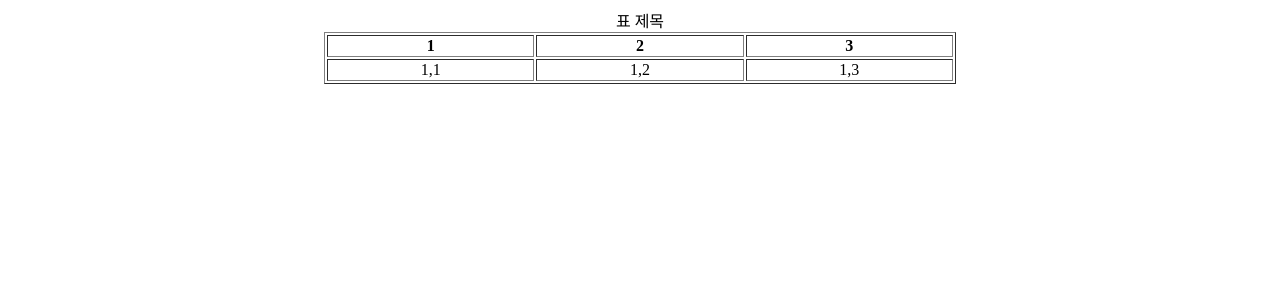
Repository: jjb5442/JSP
Page: 3Day/workspace/02_HTML_tutorial/src/main/webapp/07_Tutorial.html
These files come from the project's save history. The page is drawn as it stood at one moment and after the next save; the edit follows.
The browser window is 1280 px wide. The pictures show the whole page.

Above is the page before, as saved 2022-05-14 02:47:53.

After the next save:
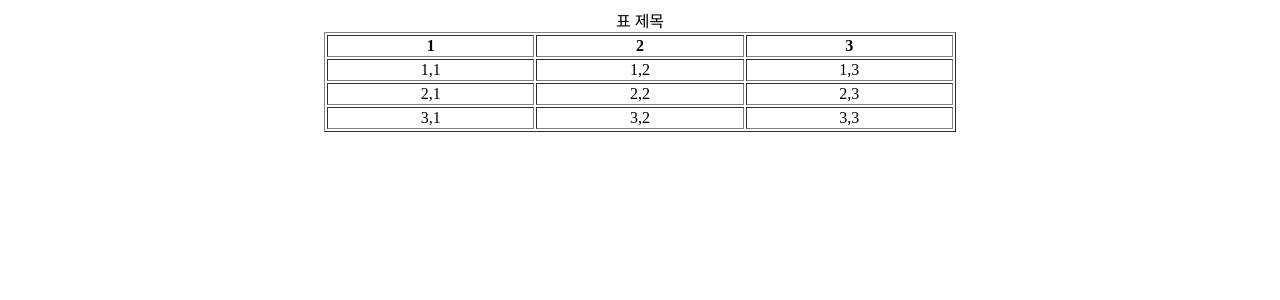
Saved 41 s later.
--- a/3Day/workspace/02_HTML_tutorial/src/main/webapp/07_Tutorial.html
+++ b/3Day/workspace/02_HTML_tutorial/src/main/webapp/07_Tutorial.html
@@ -18,6 +18,16 @@
 				<td>1,2</td>
 				<td>1,3</td>
 			</tr>
+			<tr align="center">
+				<td>2,1</td><!-- 열 태그 -->
+				<td>2,2</td>
+				<td>2,3</td>
+			</tr>
+			<tr align="center">
+				<td>3,1</td><!-- 열 태그 -->
+				<td>3,2</td>
+				<td>3,3</td>
+			</tr>
 		</table>
 	</div>
 </body>
